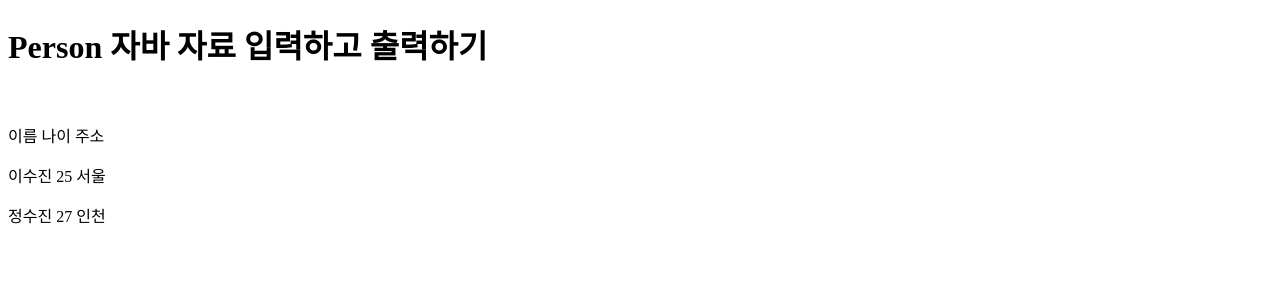
Repository: mi-ci/ai
Page: http://localhost/jsp01/ch004/useBean7.jsp
These files come from the project's save history. The page is drawn as it stood at one moment and after the next save; the edit follows.
The browser window is 1280 px wide. The pictures show the whole page.
The page is served by Tomcat 9. Other server files are loaded and not shown.

Above is the page before, as saved 2024-01-18 03:45:55.

### jsp01/src/main/webapp/ch004/useBean7.jsp
<%@ page language="java" contentType="text/html; charset=UTF-8"
    pageEncoding="UTF-8"%>
<!DOCTYPE html>
<html>
<head>
<meta charset="UTF-8">
<title>Insert title here</title>
</head>
<body>
	<jsp:useBean id="p" class="jsp01.Person" scope="page"></jsp:useBean>
	<h1>Person 자바 자료 입력하고 출력하기</h1><br>
	<p> 이름 나이 주소
	<%
		p.setName("이수진");
		p.setAge(25);
		p.setAddr("서울");
	%>
	<p> <%= p.getName() %> <%= p.getAge() %> <%= p.getAddr() %>

	<%
		p.setName("정수진");
		p.setAge(27);
		p.setAddr("인천");
	%>
	<p> <%= p.getName() %> <%= p.getAge() %> <%= p.getAddr() %>


</body>
</html>

### jsp01/src/main/java/jsp01/Person.java
package jsp01;

import java.io.Serializable;

public class Person implements Serializable {
	private String name;
	private int age;
	private String addr;

	public Person() {
		// TODO Auto-generated constructor stub
	}

	public String getName() {
		return name;
	}

	public void setName(String name) {
		this.name = name;
	}

	public int getAge() {
		return age;
	}

	public void setAge(int age) {
		this.age = age;
	}

	public String getAddr() {
		return addr;
	}

	public void setAddr(String addr) {
		this.addr = addr;
	}


}

After the next save:
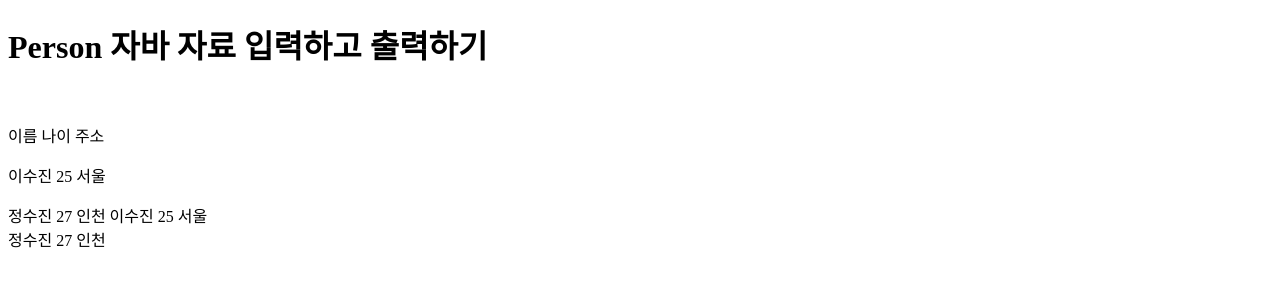
Saved 2 min 10 s later.
--- a/jsp01/src/main/webapp/ch004/useBean7.jsp
+++ b/jsp01/src/main/webapp/ch004/useBean7.jsp
@@ -24,6 +24,25 @@
 	%>
 	<p> <%= p.getName() %> <%= p.getAge() %> <%= p.getAddr() %>
 
+	<jsp:setProperty property="name" name="p" value="이수진"/>
+	<jsp:setProperty property="age" name="p" value="25"/>
+	<jsp:setProperty property="addr" name="p" value="서울"/>
+
+	<jsp:getProperty property="name" name="p"/>
+	<jsp:getProperty property="age" name="p"/>
+	<jsp:getProperty property="addr" name="p"/>
+
+	<br>
+
+	<jsp:setProperty property="name" name="p" value="정수진"/>
+	<jsp:setProperty property="age" name="p" value="27"/>
+	<jsp:setProperty property="addr" name="p" value="인천"/>
+
+	<jsp:getProperty property="name" name="p"/>
+	<jsp:getProperty property="age" name="p"/>
+	<jsp:getProperty property="addr" name="p"/>
+
+	<br>
 
 </body>
 </html>
